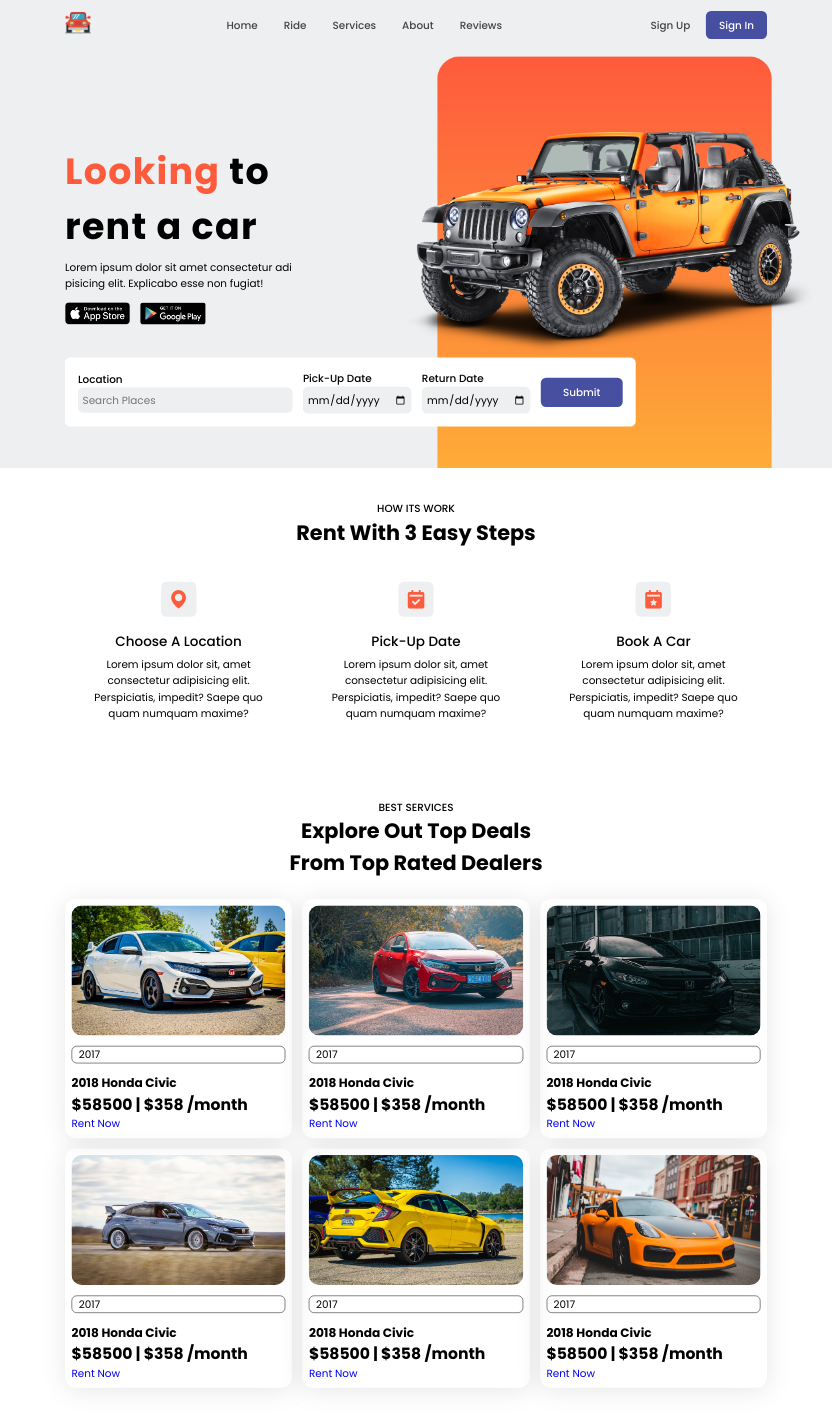
Repository: douglasabnovato/car-rental
Page: index.html
These files come from the project's save history. The page is drawn as it stood at one moment and after the next save; the edit follows.
The browser window is 1280 px wide. The pictures show the whole page, at 65% of full size.

Above is the page before, as saved 2025-05-16 15:15:04.

### index.html
<!DOCTYPE html>
<html lang="en">
  <head>
    <meta charset="UTF-8" />
    <meta name="viewport" content="width=device-width, initial-scale=1.0" />
    <title>Car Rental</title>
    <link
      rel="stylesheet"
      href="https://cdn.jsdelivr.net/npm/boxicons@latest/css/boxicons.min.css"
    />
    <link rel="stylesheet" href="./style.css" />
  </head>
  <body>
    <!-- Header -->
    <header>
      <a href="#" class="logo"
        ><img src="./assets/jeep.png" alt="logo da car rental" srcset=""
      /></a>
      <div class="bx bx-menu" id="menu-icon"></div>
      <ul class="navbar">
        <li><a href="#home">Home</a></li>
        <li><a href="#ride">Ride</a></li>
        <li><a href="#services">Services</a></li>
        <li><a href="#about">About</a></li>
        <li><a href="#reviews">Reviews</a></li>
      </ul>
      <div class="header-btn">
        <a href="#" class="sign-up">Sign Up</a>
        <a href="#" class="sign-in">Sign In</a>
      </div>
    </header>

    <!-- Home -->
    <section class="home" id="home">
      <div class="text">
        <h1>
          <span>Looking</span> to <br />
          rent a car
        </h1>
        <p>
          Lorem ipsum dolor sit amet consectetur adi <br />
          pisicing elit. Explicabo esse non fugiat!
        </p>
        <div class="app-stores">
          <img src="./assets/ios.png" alt="" />
          <img src="./assets/play.png" alt="" />
        </div>
      </div>
      <div class="form-container">
        <form action="">
          <div class="input-box">
            <span>Location</span>
            <input type="search" name="" id="" placeholder="Search Places" />
          </div>
          <div class="input-box">
            <span>Pick-Up Date</span>
            <input type="date" name="" id="" />
          </div>
          <div class="input-box">
            <span>Return Date</span>
            <input type="date" name="" id="" />
          </div>
          <input type="submit" name="" id="" class="btn" />
        </form>
      </div>
    </section>

    <!-- Ride -->
    <section class="ride" id="ride">
      <div class="heading">
        <span>How Its Work</span>
        <h1>Rent With 3 Easy Steps</h1>
      </div>
      <div class="ride-container">
        <div class="box">
          <i class="bx bxs-map"></i>
          <h2>Choose A Location</h2>
          <p>
            Lorem ipsum dolor sit, amet consectetur adipisicing elit.
            Perspiciatis, impedit? Saepe quo quam numquam maxime?
          </p>
        </div>
        <div class="box">
          <i class="bx bxs-calendar-check"></i>
          <h2>Pick-Up Date</h2>
          <p>
            Lorem ipsum dolor sit, amet consectetur adipisicing elit.
            Perspiciatis, impedit? Saepe quo quam numquam maxime?
          </p>
        </div>
        <div class="box">
          <i class="bx bxs-calendar-star"></i>
          <h2>Book A Car</h2>
          <p>
            Lorem ipsum dolor sit, amet consectetur adipisicing elit.
            Perspiciatis, impedit? Saepe quo quam numquam maxime?
          </p>
        </div>
      </div>
    </section>

    <!-- Services -->
    <section class="services" id="services">
      <div class="heading">
        <span>Best Services</span>
        <h1>
          Explore Out Top Deals <br />
          From Top Rated Dealers
        </h1>
      </div>
      <div class="services-container">
        <div class="box">
          <div class="box-img">
            <img src="./assets/car1.jpg" alt="car1" />
          </div>
          <p>2017</p>
          <h3>2018 Honda Civic</h3>
          <h2>$58500 | $358 <span> /month</span></h2>
          <a href="#" class="btn">Rent Now</a>
        </div>

        <div class="box">
          <div class="box-img">
            <img src="./assets/car2.jpg" alt="car1" />
          </div>
          <p>2017</p>
          <h3>2018 Honda Civic</h3>
          <h2>$58500 | $358 <span> /month</span></h2>
          <a href="#" class="btn">Rent Now</a>
        </div>

        <div class="box">
          <div class="box-img">
            <img src="./assets/car3.jpg" alt="car1" />
          </div>
          <p>2017</p>
          <h3>2018 Honda Civic</h3>
          <h2>$58500 | $358 <span> /month</span></h2>
          <a href="#" class="btn">Rent Now</a>
        </div>

        <div class="box">
          <div class="box-img">
            <img src="./assets/car4.jpg" alt="car1" />
          </div>
          <p>2017</p>
          <h3>2018 Honda Civic</h3>
          <h2>$58500 | $358 <span> /month</span></h2>
          <a href="#" class="btn">Rent Now</a>
        </div>

        <div class="box">
          <div class="box-img">
            <img src="./assets/car5.jpg" alt="car1" />
          </div>
          <p>2017</p>
          <h3>2018 Honda Civic</h3>
          <h2>$58500 | $358 <span> /month</span></h2>
          <a href="#" class="btn">Rent Now</a>
        </div>

        <div class="box">
          <div class="box-img">
            <img src="./assets/car6.jpg" alt="car1" />
          </div>
          <p>2017</p>
          <h3>2018 Honda Civic</h3>
          <h2>$58500 | $358 <span> /month</span></h2>
          <a href="#" class="btn">Rent Now</a>
        </div>
      </div>
    </section>

    <!-- Link to JS -->
    <script src="./script.js"></script>
  </body>
</html>

### style.css
@import url("https://fonts.googleapis.com/css2?family=Noto+Sans:ital,wght@0,100..900;1,100..900&family=Poppins:ital,wght@0,100;0,200;0,300;0,400;0,500;0,600;0,700;0,800;0,900;1,100;1,200;1,300;1,400;1,500;1,600;1,700;1,800;1,900&display=swap");

* {
  margin: 0;
  padding: 0;
  box-sizing: border-box;
  scroll-padding-top: 2rem;
  scroll-behavior: smooth;
  list-style: none;
  text-decoration: none;
  font-family: "Poppins", sans-serif;
}

:root {
  --main-color: #fe5b3d;
  --second-color: #ffac38;
  --text-color: #444;
  --gradient: linear-gradient(#fe5b3d, #ffac38);
}

html::-webkit-scrollbar {
  width: 0.5rem;
}

html::-webkit-scrollbar-track {
  background: transparent;
}

html::-webkit-scrollbar-thumb {
  background: var(--main-color);
  border-radius: 5rem;
}

section {
  padding: 50px 100px;
}

/* Header */

header {
  position: fixed;
  width: 100%;
  top: 0;
  right: 0;
  z-index: 1000;
  display: flex;
  align-items: center;
  justify-content: space-between;
  background: #eeeff1;
  padding: 15px 100px;
}

.logo img {
  width: 40px;
}

.navbar {
  display: flex;
}

.navbar li {
  position: relative;
}

.navbar a {
  font-size: 1rem;
  padding: 10px 20px;
  color: var(--text-color);
  font-weight: 500;
}

.navbar a:after {
  content: "";
  width: 0;
  height: 3px;
  background: var(--gradient);
  position: absolute;
  bottom: -4px;
  left: 0;
  transition: 0.5s;
}

.navbar a:hover::after {
  width: 100%;
}

#menu-icon {
  font-size: 24px;
  cursor: pointer;
  z-index: 10001;
  display: none;
}

.header-btn a {
  padding: 10px 20px;
  color: var(--text-color);
  font-weight: 500;
}

.header-btn .sign-in {
  background: #474fa0;
  color: #fff;
  border-radius: 0.5rem;
}

.header-btn .sign-in:hover {
  background: var(--main-color);
}

/* Home */
.home {
  width: 100%;
  min-height: 100vh;
  position: relative;
  background: url(./assets/Car\ Website\ –\ 1@2x.png);
  background-repeat: no-repeat;
  background-position: center right;
  background-size: cover;
  display: grid;
  align-items: center;
  grid-template-columns: repeat(2, 1fr);
}

.text h1 {
  font-size: 3.5rem;
  letter-spacing: 2px;
}

.text span {
  color: var(--main-color);
}

.text p {
  margin: 0.5rem 0 1rem;
}

.app-stores {
  display: flex;
}

.app-stores img {
  width: 100px;
  margin-right: 1rem;
  cursor: pointer;
}

.form-container form {
  display: flex;
  flex-wrap: wrap;
  align-items: center;
  gap: 1rem;
  position: absolute;
  bottom: 4rem;
  left: 100px;
  background: #fff;
  padding: 20px;
  border-radius: 0.5rem;
}

.input-box {
  flex: 1 1 7rem;
  display: flex;
  flex-direction: column;
}

.input-box span {
  font-weight: 500;
}

.input-box input {
  padding: 7px;
  outline: none;
  border: none;
  background: #eeeff1;
  border-radius: 0.5rem;
  font-size: 1rem;
}

.form-container form .btn {
  flex: 1 1 7rem;
  padding: 10px 34px;
  border: none;
  border-radius: 0.5rem;
  background: #474fa0;
  color: #fff;
  font-size: 1rem;
  font-weight: 500;
}

.form-container form .btn:hover {
  background: var(--main-color);
  cursor: pointer;
}

/* Ride */
.heading {
  text-align: center;
}

.heading span {
  font-weight: 500;
  text-transform: uppercase;
}

.heading h1 {
  font-size: 2rem;
}

.ride-container {
  display: grid;
  align-items: center;
  grid-template-columns: repeat(auto-fit, minmax(250px, auto));
  gap: 1rem;
  margin-top: 2rem;
}

.ride-container .box {
  text-align: center;
  padding: 20px;
}

.ride-container .box .bx {
  font-size: 34px;
  padding: 10px;
  background: #eeeff1;
  border-radius: 0.5rem;
  color: var(--main-color);
}

.ride-container .box h2 {
  font-size: 1.3rem;
  font-weight: 500;
  margin: 1.4rem 0 0.5rem;
}

.ride-container .box .bx:hover,
.ride-container .box .bx .bxs-calendar-star {
  background: var(--gradient);
  color: #fff;
}

/* Services */
.services-container {
  display: grid;
  grid-template-columns: repeat(auto-fit, minmax(300px, auto));
  gap: 1rem;
  margin-top: 2rem;
}

.services-container .box {
  padding: 10px;
  border-radius: 1rem;
  box-shadow: 1px 4px 41px rgba(0, 0, 0, 0.1);
}

.services-container .box .box-img {
  width: 100%;
  height: 200px;
}

.services-container .box .box-img img {
  width: 100%;
  height: 100%;
  border-radius: 1rem;
  object-fit: cover;
  object-position: center;
}

.services-container .box p{
    padding: 0 10px;
    border: 1px solid var(--text-color);
    width: 58p;
    border-radius: 0.5rem;
    margin: 1rem 0 1rem;
}

Loaded but not shown: script.js (no stored copy; drawn as an empty file)

After the next save:
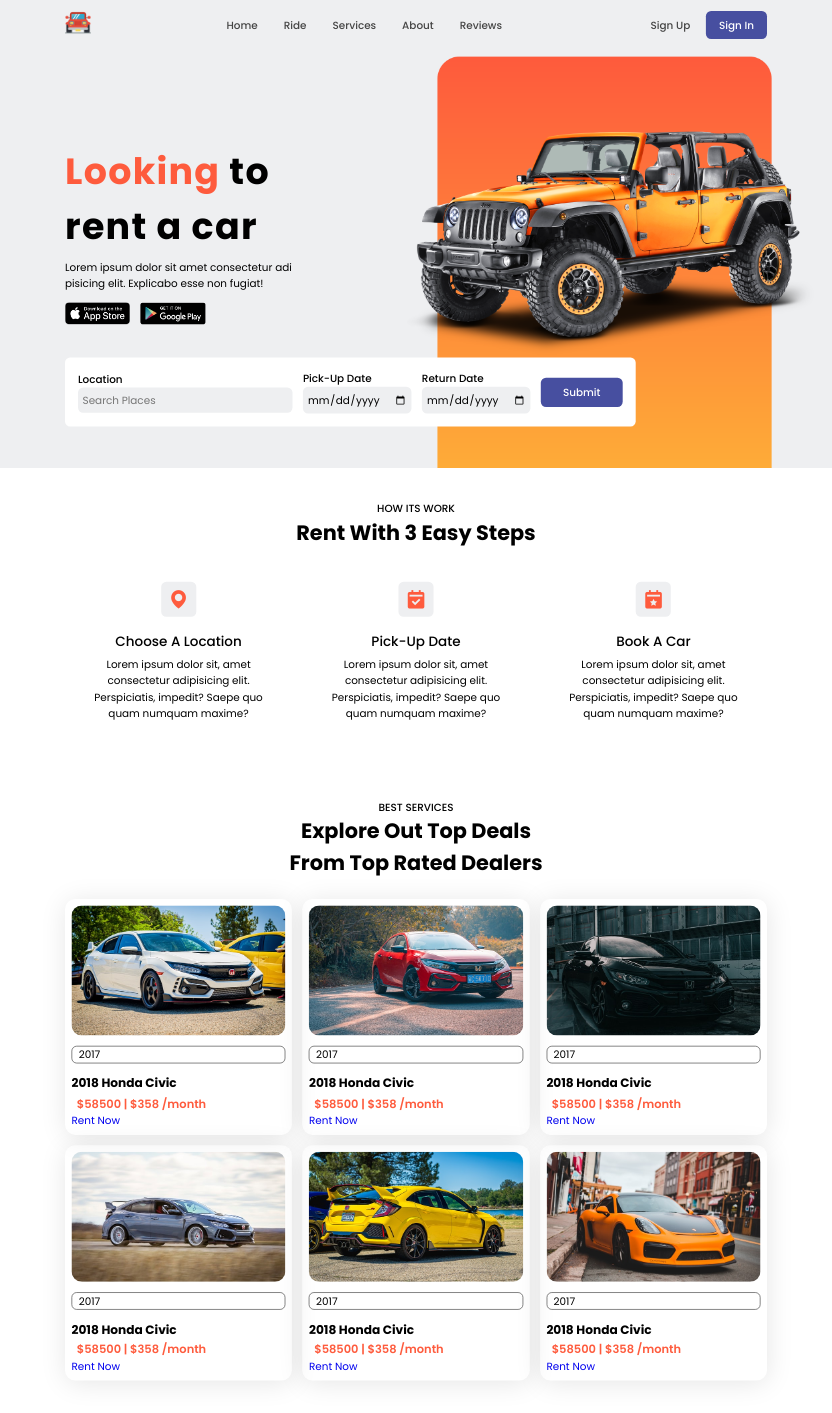
Saved 10 min 53 s later.
--- a/style.css
+++ b/style.css
@@ -273,3 +273,10 @@ header {
     border-radius: 0.5rem;
     margin: 1rem 0 1rem;
 }
+
+.services-container .box h2{
+    font-size: 1.1rem;
+    font-weight: 600;
+    color: var(--main-color);
+    margin: 0.2rem 0 0 0.5rem;
+}
